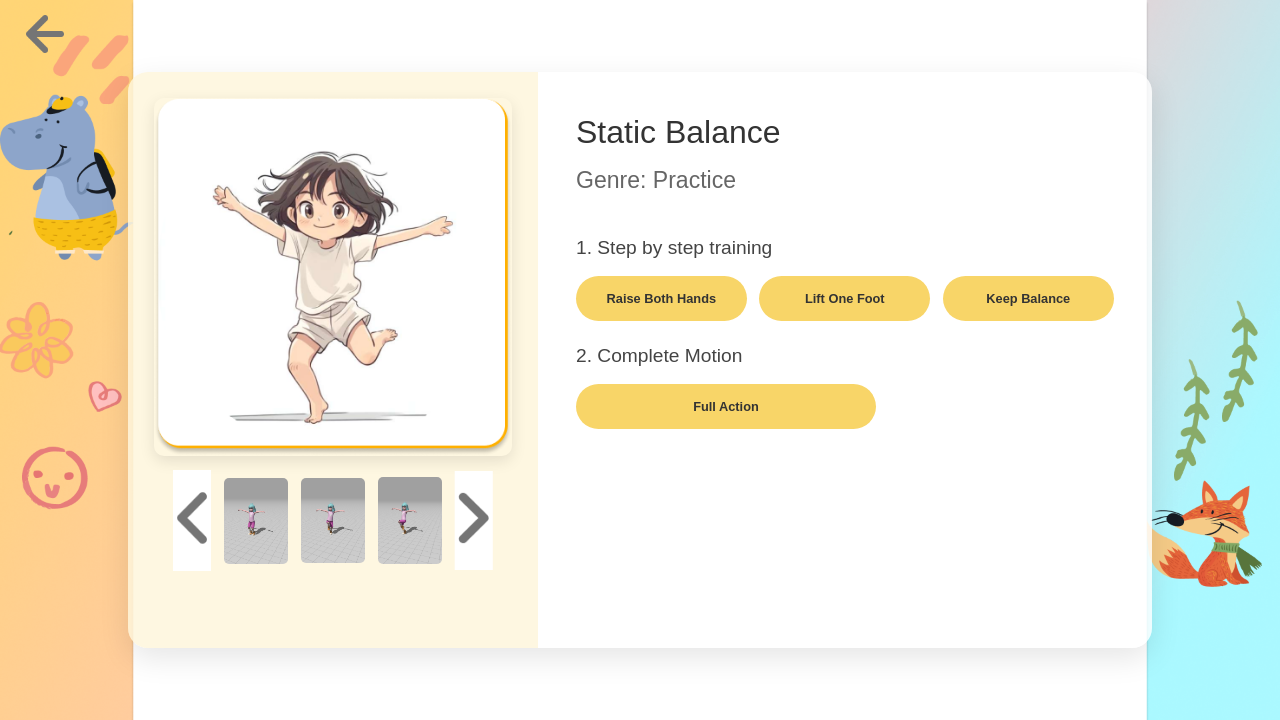
Repository: Jayhawk2000/AR_Game_DCD_Children
Page: prac_bal.html
The author's editor kept a copy of each file at every save. The page is drawn from the files as they stood at one save, then again after the next save.
The browser window is 1280 px wide. The pictures show the whole page.

Above is the page before, as saved 2024-10-16 14:17:42.

After the next save:
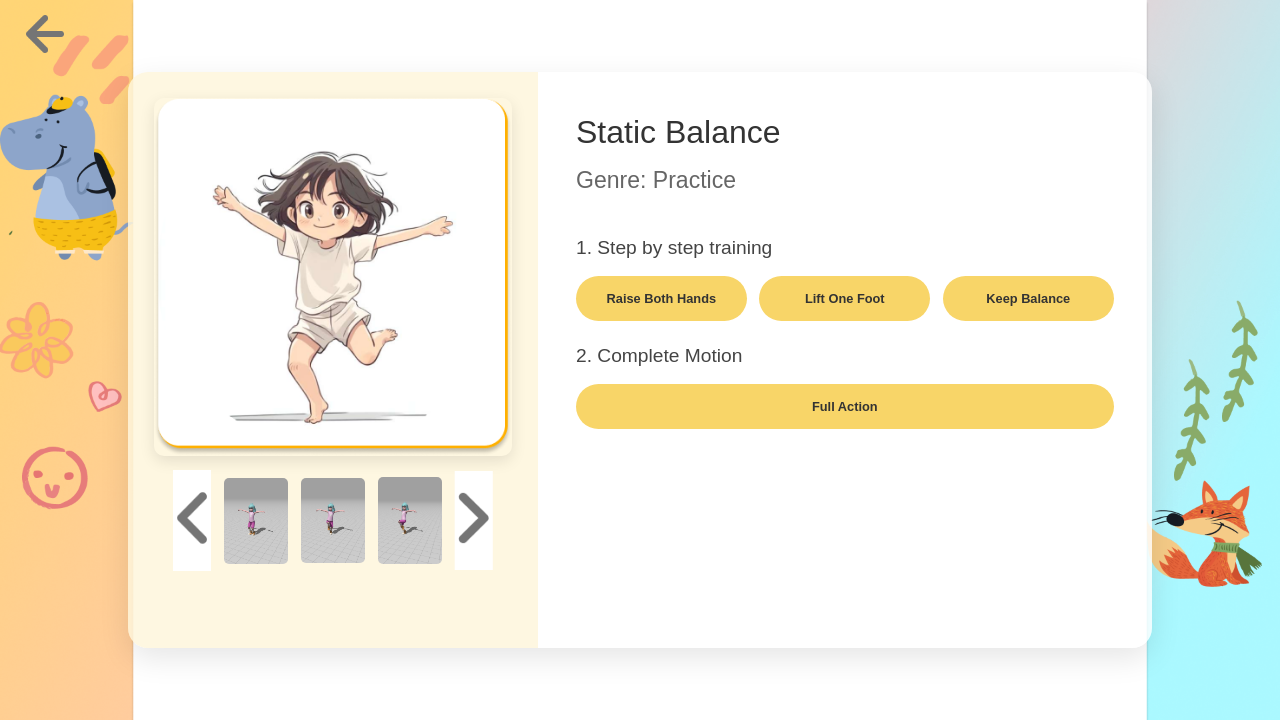
Saved 90 s later.
--- a/prac_bal.html
+++ b/prac_bal.html
@@ -111,7 +111,7 @@
             padding-top: 5vh;
         }
 
-        .training-steps {
+        .training-steps, .complete-motion {
             display: flex;
             flex-direction: column;
             align-items: stretch;
@@ -142,9 +142,10 @@
             text-overflow: ellipsis;
         }
 
-        .full-action-button {
-            width: 100%;
-            max-width: 300px;
+        .button:hover {
+            background-color: #f0c040;
+            transform: translateY(-3px);
+            box-shadow: 0 4px 8px rgba(0,0,0,0.2);
         }
 
         h1 {
@@ -255,7 +256,9 @@
             </div>
             <div class="complete-motion">
                 <h3>2. Complete Motion</h3>
-                <button class="button full-action-button" onclick="window.location.href='bal_full.html';">Full Action</button>
+                <div class="button-group">
+                    <button class="button" onclick="window.location.href='bal_full.html';">Full Action</button>
+                </div>
             </div>
         </div>
     </div>
